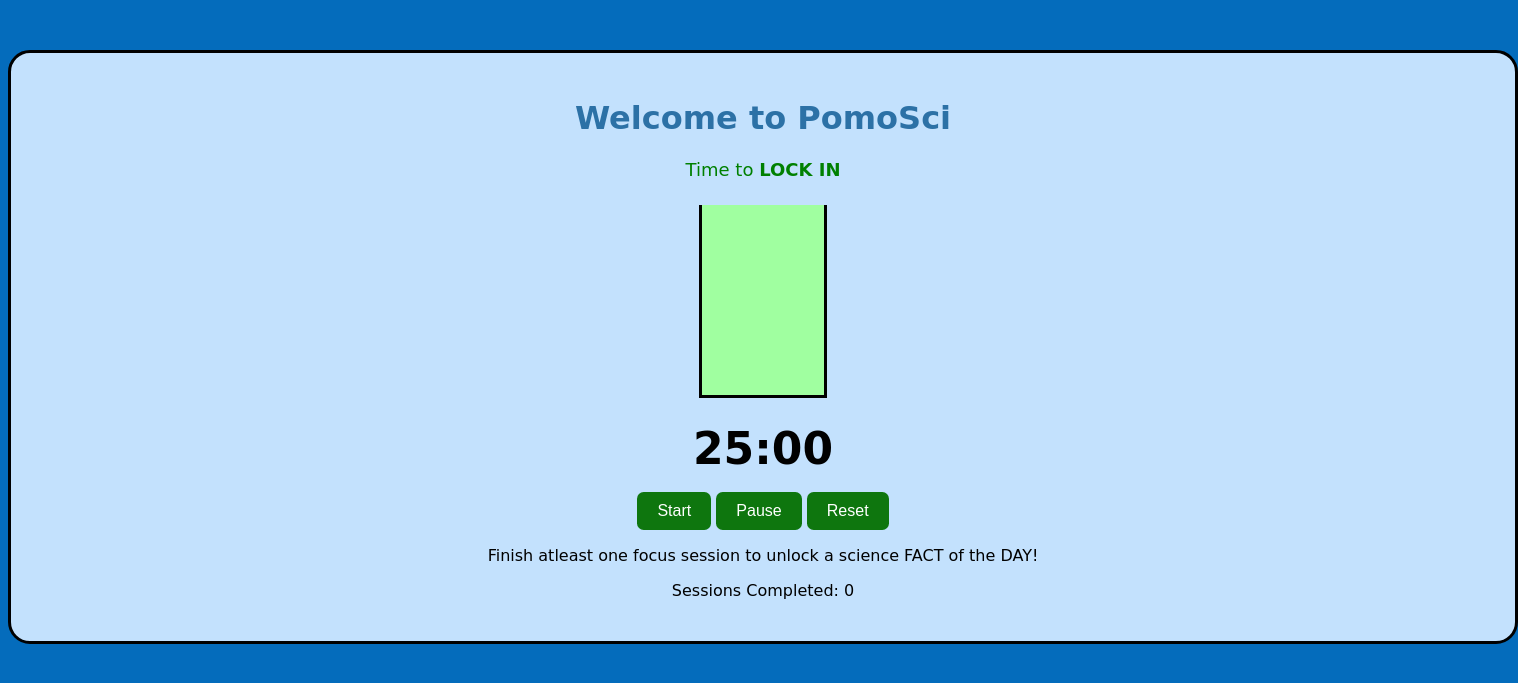
Repository: manayparikh1/Pomosci
Page: index.html
An editor plug-in stored every save of this project. The page is shown before and after the next save, followed by the edit.
The browser window is 1280 px wide. The page is 1518 px wide, so the pictures cover 1518 px, including what lies to the right of the window. The pictures show the whole page.
The pointer rests on the first visible `button`.

Above is the page before, as saved 2026-11-13 13:37:05.

After the next save:
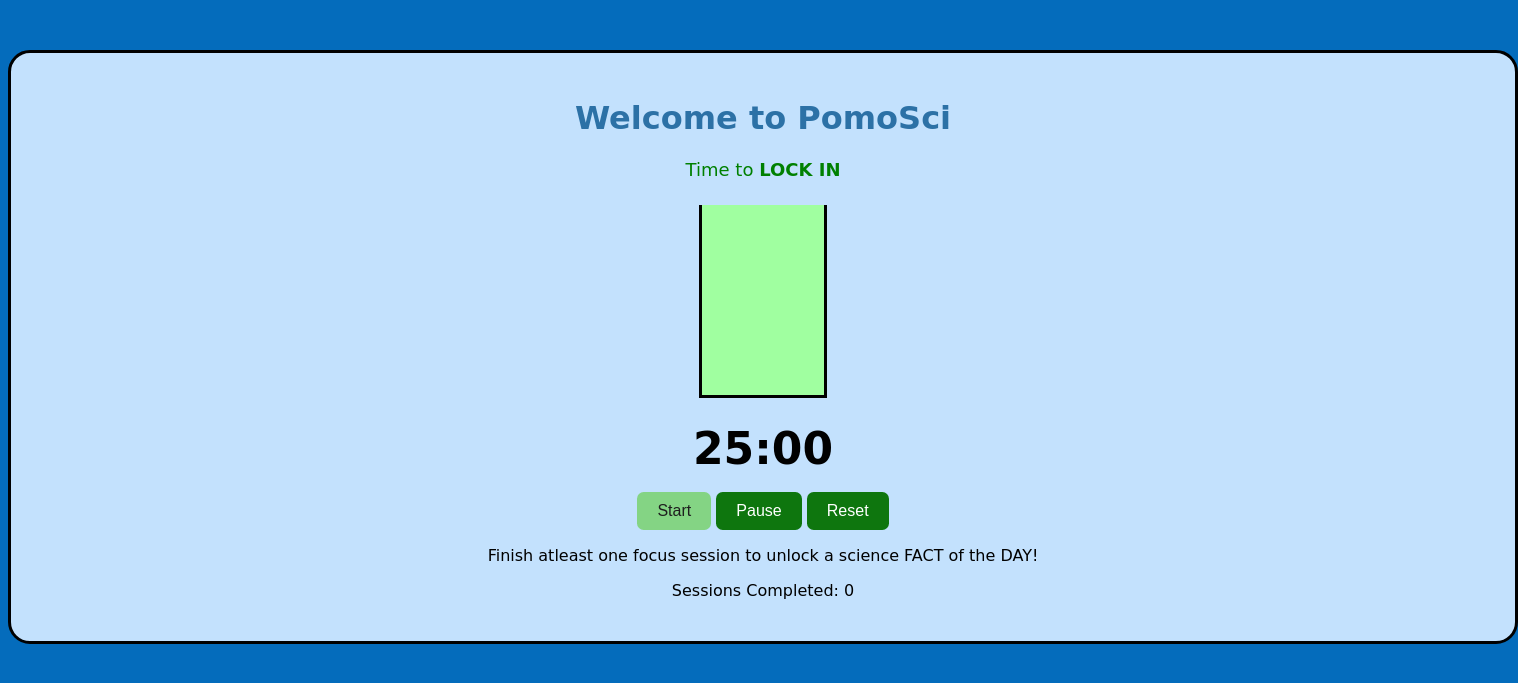
Saved 113 s later.
--- a/index.html
+++ b/index.html
@@ -89,3 +89,9 @@
                     border: none;
                     border-radius: 6.7px;
                 }
+
+                button:hover {
+                    background-color: rgb(132, 212, 132);
+                    color: rgb(30, 30, 30);
+                    cursor: pointer;
+                }
